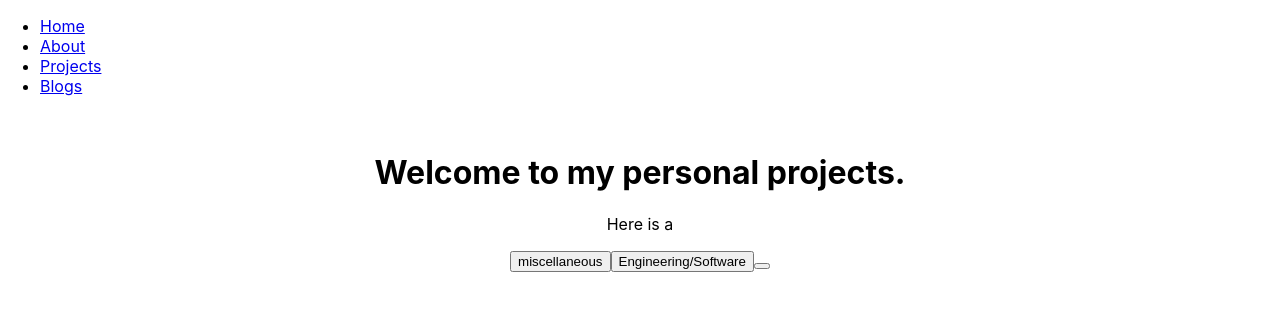
Repository: nicholaschen09/personalWebsite
Page: /projects
An editor plug-in stored every save of this project. The page is shown before and after a run of saves, followed by the edit.
The browser window is 1280 px wide. The pictures show the whole page.
The project was rebuilt for these pictures with package versions that can differ from the ones it lists, and the page was loaded fresh each time. Also part of the build but not shown: src/components/About.css, src/components/About.js, src/components/Home.css, src/components/Home.js, src/components/Blog.css, src/components/Blog.js.

Above is the page before, as saved 2024-05-23 00:31:50.

### src/App.js
import React from 'react';
import { BrowserRouter as Router, Route, Routes, Link } from 'react-router-dom';
import About from './components/About.js';
import Home from './components/Home.js';
import Projects from './components/Projects.js';
import Blog from './components/Blog.js';

function App() {
  return (
    <Router>
      <div>
        <nav>
          <ul>
            <li>
              <Link to="/">Home</Link>
            </li>
            <li>
              <Link to="/about">About</Link>
            </li>
            <li>
              <Link to="/projects">Projects</Link>
            </li>
            <li>
              <Link to="/blogs">Blogs</Link>
            </li>
          </ul>
        </nav>

        <Routes>
          <Route path="/about" element={<About />} />
          <Route path="/" element={<Home />} />
          <Route path="/projects" element={<Projects />} />
          <Route path="/blogs" element={<Blog />} />
        </Routes>
      </div>
    </Router>
  );
}

export default App;

### src/components/Projects.js
import React from 'react';
import './Projects.css';

const Projects = () => {
    return (
        <div className="projects">
            <h1>Welcome to my personal projects. </h1>
            <p>Here is a </p>
            <button>miscellaneous</button>

            <button>Engineering/Software</button>

            <button></button>
        </div>
    );
};

export default Projects;

### src/components/Projects.css
/* src/components//Home.css */
.projects {
    text-align: center;
    padding: 20px;
}

Loaded but not shown: public/index.html (common file); src/index.js (common file); src/index.css (common file); src/reportWebVitals.js (common file)

After the next 2 saves:
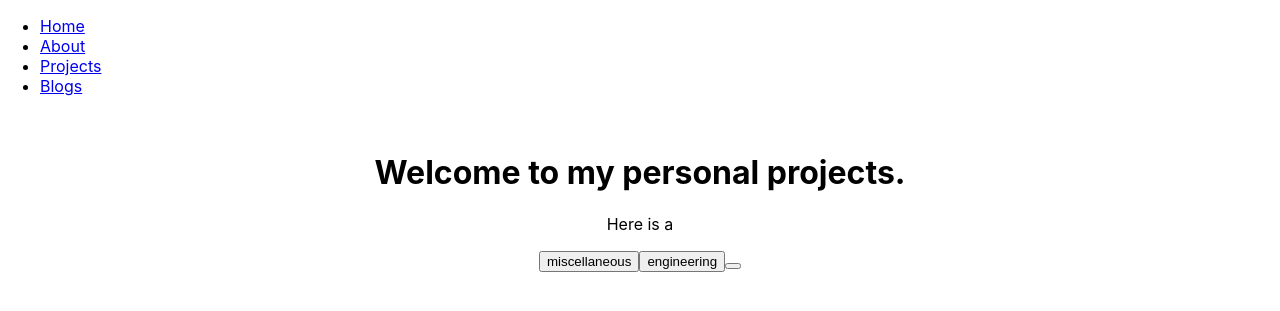
The 2 saves are shown as one change because they came seconds apart.
The last was saved 9 s later.
--- a/src/components/Projects.js
+++ b/src/components/Projects.js
@@ -8,7 +8,7 @@ const Projects = () => {
             <p>Here is a </p>
             <button>miscellaneous</button>
 
-            <button>Engineering/Software</button>
+            <button>engineering</button>
 
             <button></button>
         </div>
